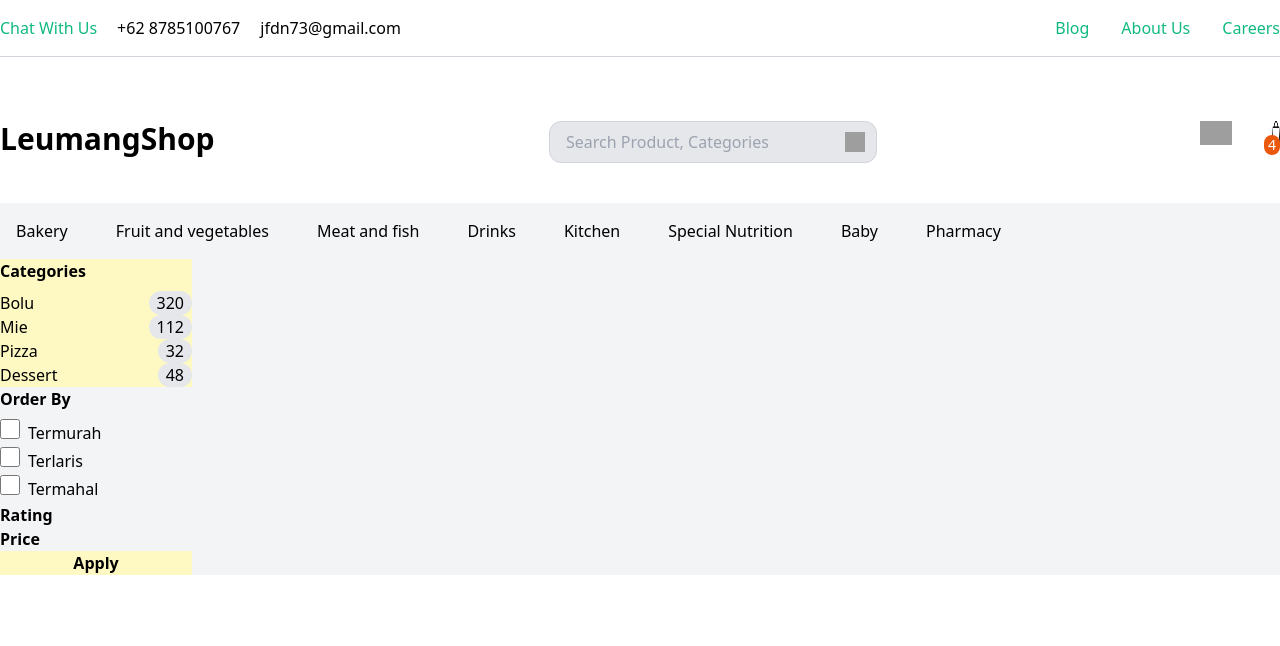
Repository: jafetdn73/ecommerce-tailwind
Page: /
These files come from the project's save history. The page is drawn as it stood at one moment and after the next save; the edit follows.
The browser window is 1280 px wide. The pictures show the whole page.
Pictures or frames that could not be fetched are drawn as grey boxes. The project was rebuilt for these pictures with package versions that can differ from the ones it lists, and the page was loaded fresh each time. Also part of the build but not shown: src/App.css.

Above is the page before, as saved 2022-03-13 13:06:28.

After the next save:
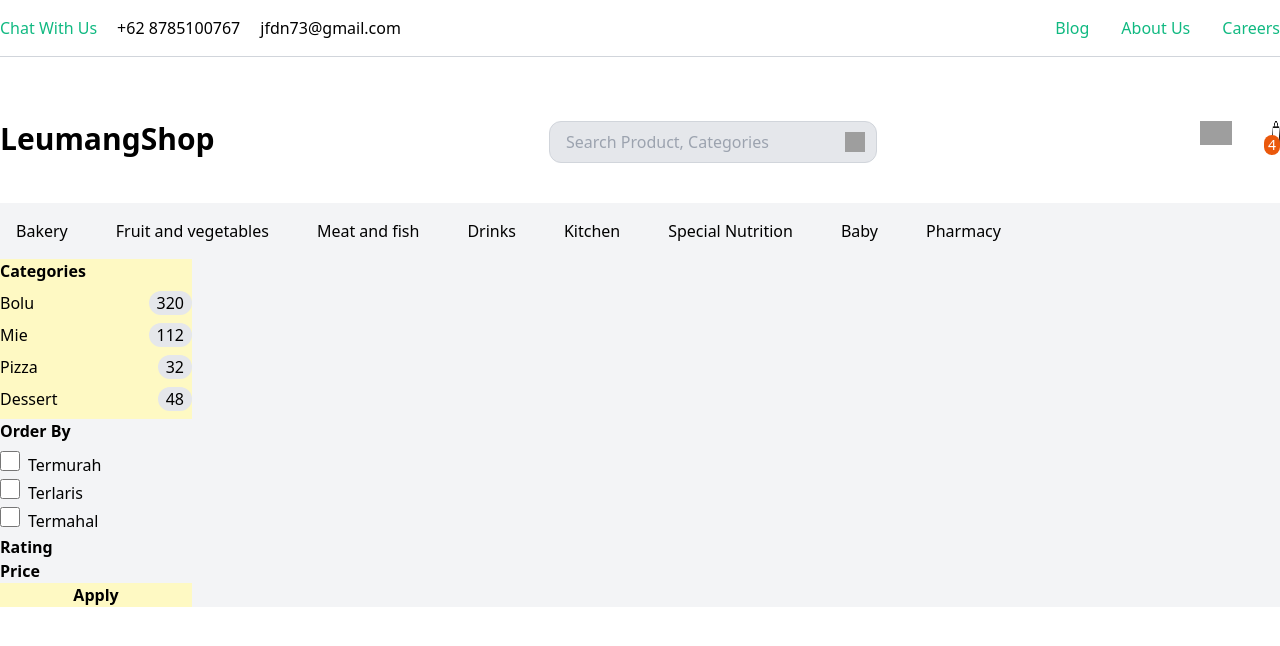
Saved 30 s later.
--- a/src/App.js
+++ b/src/App.js
@@ -59,16 +59,16 @@ function App() {
             <h1 className="font-bold text-base mb-2">Categories</h1>
             <ul>
               <div className="flex justify-between">
-                <li>Bolu</li><label className="bg-gray-200 pl-2 pr-2 rounded-xl">320</label>
+                <li>Bolu</li><label className="mb-2 bg-gray-200 pl-2 pr-2 rounded-xl">320</label>
               </div>
               <div className="flex justify-between">
-                <li>Mie</li><label className="bg-gray-200 pl-2 pr-2 rounded-xl">112</label>
+                <li>Mie</li><label className="mb-2 bg-gray-200 pl-2 pr-2 rounded-xl">112</label>
               </div>
               <div className="flex justify-between">
-                <li>Pizza</li><label className="bg-gray-200 pl-2 pr-2 rounded-xl">32</label>
+                <li>Pizza</li><label className="mb-2 bg-gray-200 pl-2 pr-2 rounded-xl">32</label>
               </div>
               <div className="flex justify-between">
-                <li>Dessert</li><label className="bg-gray-200 pl-2 pr-2 rounded-xl">48</label>
+                <li>Dessert</li><label className="mb-2 bg-gray-200 pl-2 pr-2 rounded-xl">48</label>
               </div>
             </ul>
           </div>
